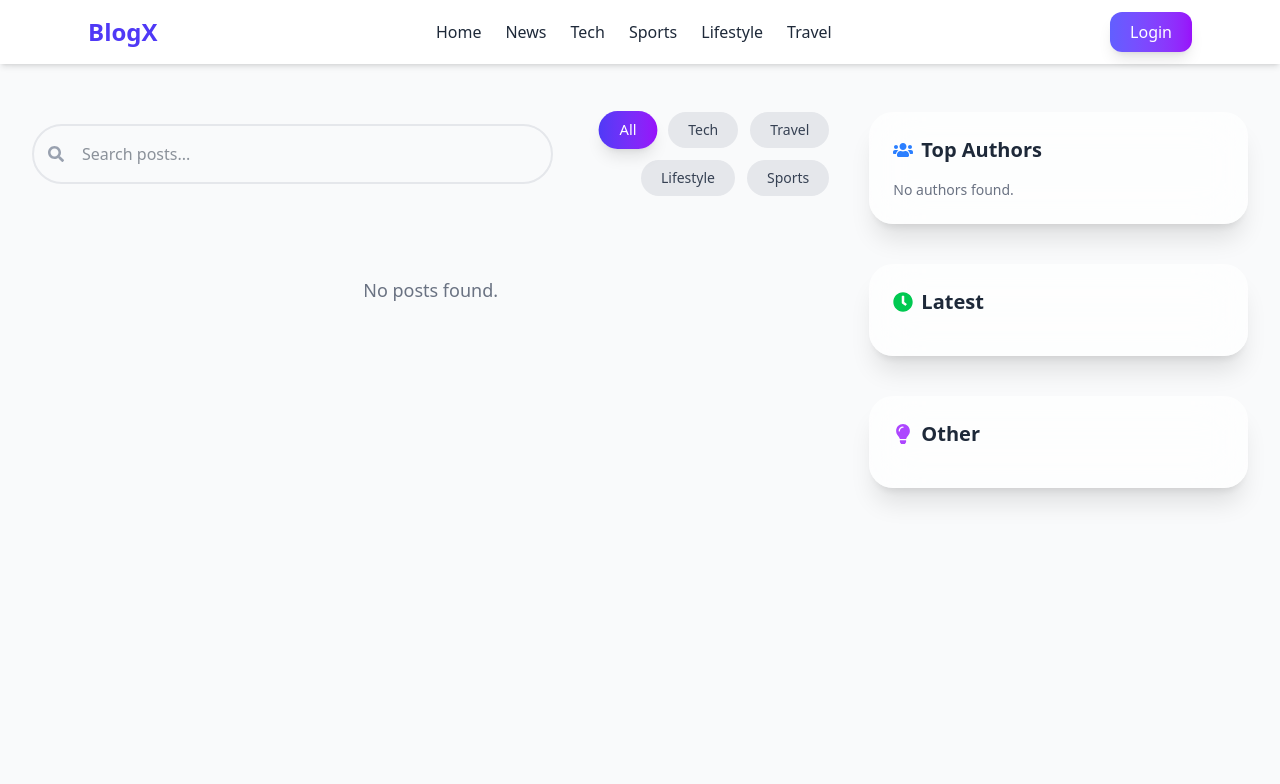
Repository: kundanchouhan12/BlogX
Page: / (app in blogx-Frontend/)
These files come from the project's save history. The page is drawn as it stood at one moment and after the next save; the edit follows.
The browser window is 1280 px wide. The pictures show the whole page.
The page's requests for data from a server got no answer. The project was rebuilt for these pictures with package versions that can differ from the ones it lists, and the page was loaded fresh each time. No one was signed in, and anything a server would have sent is missing. Also part of the build but not shown: blogx-Frontend/vite.config.js, blogx-Frontend/src/components/LoginPopup.jsx, blogx-Frontend/src/pages/Login.jsx, blogx-Frontend/src/pages/Signup.jsx, blogx-Frontend/src/pages/CreatePost.jsx, blogx-Frontend/src/components/PrivateRoute.jsx, blogx-Frontend/src/pages/BlogDetails.jsx.

Above is the page before, as saved 2025-09-18 22:48:24.

After the next save:
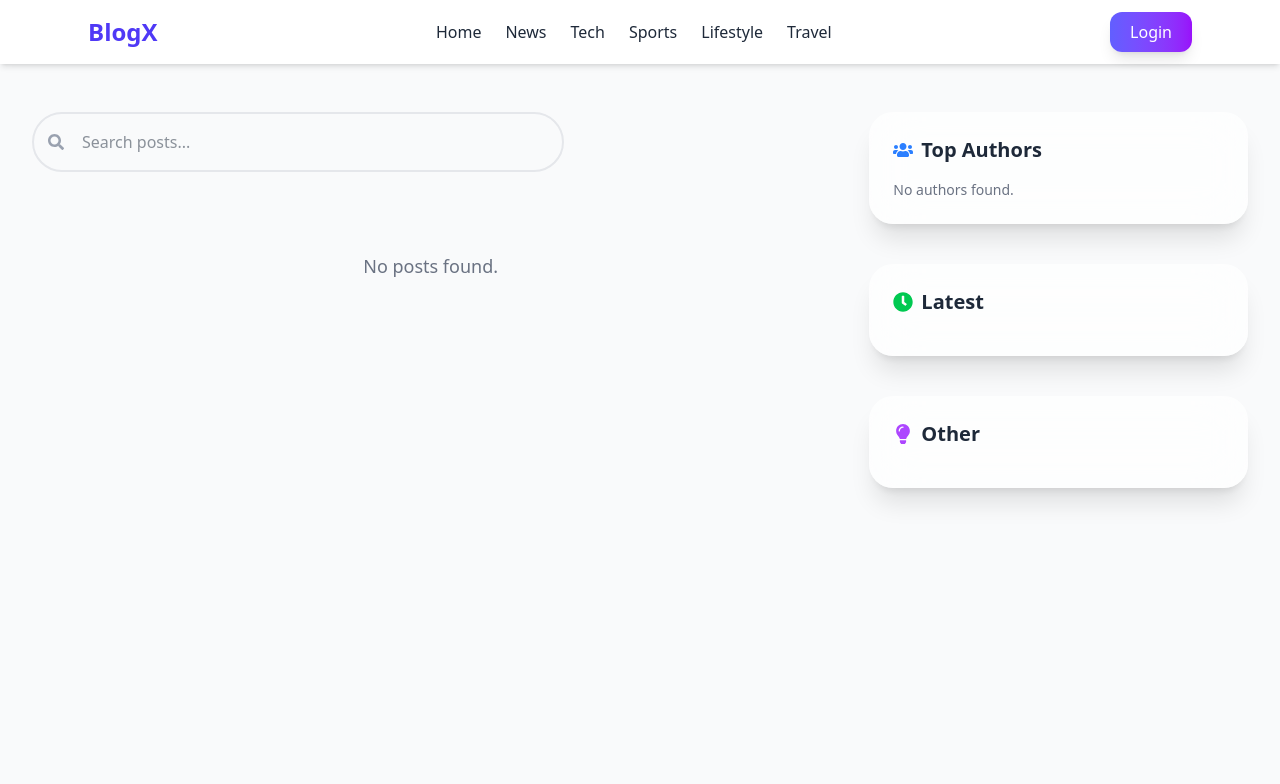
Saved 113 s later.
--- a/blogx-Frontend/src/pages/Home.jsx
+++ b/blogx-Frontend/src/pages/Home.jsx
@@ -188,7 +188,7 @@ export default function Home() {
                   className="w-full p-4 pl-12 pr-6 border-2 border-gray-200 rounded-full focus:ring-2 focus:ring-indigo-500 focus:border-indigo-500 transition-all duration-300"
                 />
               </div>
-              <div className="flex flex-wrap gap-3 mt-3 md:mt-0 md:w-1/3 justify-start md:justify-end">
+              {/* <div className="flex flex-wrap gap-3 mt-3 md:mt-0 md:w-1/3 justify-start md:justify-end">
                 {["All", "Tech", "Travel", "Lifestyle", "Sports"].map((cat) => (
                   <button
                     key={cat}
@@ -202,7 +202,7 @@ export default function Home() {
                     {cat}
                   </button>
                 ))}
-              </div>
+              </div> */}
             </div>
 
             {/* Posts List */}
